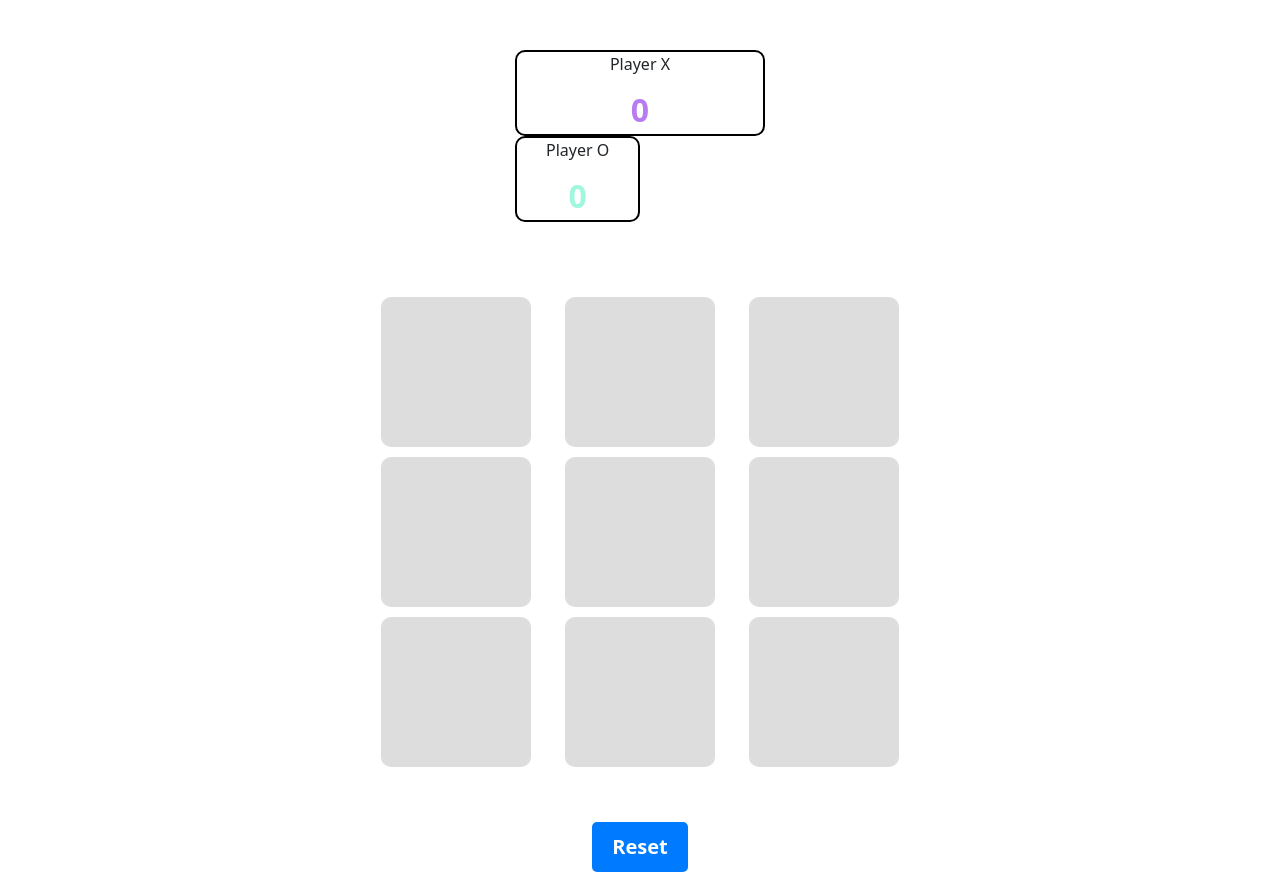
Repository: woodsdeshe/Tic-Tac-Toe
Page: index.html
The author's editor kept a copy of each file at every save. The page is drawn from the files as they stood at one save, then again after the next save.
The browser window is 1280 px wide. The pictures show the whole page.

Above is the page before, as saved 2023-03-31 20:41:54.

### index.html
<!DOCTYPE html>
<html lang="en">
  <head>
    <meta charset="UTF-8" />
    <meta http-equiv="X-UA-Compatible" content="IE=edge" />
    <meta name="viewport" content="width=device-width, initial-scale=1.0" />
    <title>Tic Tac Toe | DeShe Woods</title>
    <link rel="stylesheet" href="styles.css" />
    <link
      href="https://cdn.jsdelivr.net/npm/bootstrap@5.3.0-alpha2/dist/css/bootstrap.min.css"
      rel="stylesheet"
      integrity="sha384-aFq/bzH65dt+w6FI2ooMVUpc+21e0SRygnTpmBvdBgSdnuTN7QbdgL+OapgHtvPp"
      crossorigin="anonymous"
    />
  </head>
  <body>
    <div class="container">
      <div class="row">
        <div class="col-12 scoreboard scoreboard-left">
          <div>Player X</div>
          <div class="score-x">0</div>
        </div>
        <div class="col-6 scoreboard scoreboard-right">
          <div>Player O</div>
          <div class="score-o">0</div>
        </div>
      </div>
      <div class="message"></div>
      <div class="container game-board">
        <div class="row">
          <div class="col-4">
            <div class="tile square-1"></div>
          </div>
          <div class="col-4">
            <div class="tile square-2"></div>
          </div>
          <div class="col-4">
            <div class="tile square-3"></div>
          </div>
        </div>
        <div class="row">
          <div class="col-4">
            <div class="tile square-4"></div>
          </div>
          <div class="col-4">
            <div class="tile square-5"></div>
          </div>
          <div class="col-4">
            <div class="tile square-6"></div>
          </div>
        </div>
        <div class="row">
          <div class="col-4">
            <div class="tile square-7"></div>
          </div>
          <div class="col-4">
            <div class="tile square-8"></div>
          </div>
          <div class="col-4">
            <div class="tile square-9"></div>
          </div>
        </div>
      </div>
      </div>
      <div class="reset">
        <button class="reset-btn">Reset</button>
      </div>
    </div>
    <script
      src="https://cdn.jsdelivr.net/npm/bootstrap@5.3.0-alpha2/dist/js/bootstrap.bundle.min.js"
      integrity="sha384-qKXV1j0HvMUeCBQ+QVp7JcfGl760yU08IQ+GpUo5hlbpg51QRiuqHAJz8+BrxE/N"
      crossorigin="anonymous"
    ></script>
    <script src="script.js"></script>
  </body>
</html>

### styles.css
.container {
  display: flex;
  flex-direction: column;
  align-items: center;
  margin-top: 50px;
}

.scoreboard {
    display: flex;
    flex-direction: column;
    align-items: center;
    border: 2px solid black;
    border-radius: 10px;
    width: 200px
}

.scoreboard-left {
    margin-right: 70px;
  }

.scoreboard-right {
  border-top-right-radius: 10px;
  border-bottom-right-radius: 10px;
}

.score-x{
    font-size: 48px;
  color: rgb(184, 123, 241);
}

.score-o {
    font-size: 48px;
  color: rgb(160, 247, 221);
}

.score-x,
.score-o {
  font-size: 2em;
  font-weight: bold;
  margin-top: 10px;
}

.message {
    font-size: 2em;
    margin-bottom: 20px;
  }

  .game-board {
    display: flex;
    justify-content: center;
  }

  .tile {
    width: 150px;
    height: 150px;
    background-color: #ddd;
    margin: 5px;
    border-radius: 10px;
    display: flex;
    justify-content: center;
    align-items: center;
    font-size: 50px;
    font-weight: bold;
    cursor: pointer;
  }

  .reset {
    text-align: center;
    margin-top: 50px;
  }


  .reset-btn {
    font-size: 20px;
    font-weight: bold;
    padding: 10px 20px;
    background-color: #007bff;
    color: white;
    border-radius: 5px;
    border: none;
    cursor: pointer;
  }

@media (max-width: 767px) {
  .scoreboard {
    margin-bottom: 20px;
  }
}

### script.js
// Variables that access the squares, reset button, scoreboards , and messaging for the game that will stay constant
const gameBoard = document.querySelector(".game-board");
const resetBtn = document.querySelector(".reset-btn");
const scoreboardX = document.querySelector(".score-x");
const scoreboardO = document.querySelector(".score-o");
const message = document.querySelector(".message");
const tile = document.querySelectorAll(".tile");

// Variables that access the current player, game over, X and O scores that will change based on conditions of the game
let currentPlayer = "X";
let gameOver = false;
let xScore = 0;
let oScore = 0;

// This event listener will check to see if the tiles are empty and will fill them with the symbol of the current player

gameBoard.addEventListener("click", (event) => {
  event.preventDefault();

  //This if statement checks to see if the game is over before allowing the players to continue playing. If gameOver is true, then the board becomes unclickable
  if (gameOver) {
    return;
  }

  // This variable will hold the square that gets clicked using the .target property
  const square = event.target;

  // Checks to see if the square contains a class of tile and the square is empty. If it's empty then the square will contain a symbol and alternate the symbol according to the current player
  if (square.classList.contains("tile") && square.textContent === "") {
    square.textContent = currentPlayer;

    //Updates the message variable to show who's turn it is on the screen
    message.textContent = `It's ${currentPlayer} turn`;

    currentPlayer = currentPlayer === "X" ? "O" : "X";
  }

  //Calls the checkForWinner function after each turn to see if a player has won
  checkForWinner();
});

// Check to see if the tiles contain a winning play of a specific player
function currentPlay(plays, player) {
  // The .every method checks through every tile within the player array that checks to see if they contain the current players symbol with a boolean "true" or "false"
  return plays.every((tile) => {
    tileElement = document.querySelector(`.square-${tile}`);
    return tileElement.textContent === player;
  });
}

// This function will check to see which player has the winning set after each move
function checkForWinner() {
  // Nested arrays that show all the winning plays that are needed to win
  const winningPlays = [
    [1, 2, 3],
    [4, 5, 6],
    [7, 8, 9],
    [1, 4, 7],
    [2, 5, 8],
    [3, 6, 9],
    [1, 5, 9],
    [3, 5, 7],
  ];

  // Loops through each array within "winingPlays" and stores the values in the variable "plays"
  for (let i = 0; i < winningPlays.length; i++) {
    const plays = winningPlays[i];

    // Create if/else conditions that will check to see if the current player has a winning play thats in 'winningPlays', if no one wins, it calls the "itsATie" function to alert the players that the game is over and prevents the players from continuing to play using th endGame function"
    if (currentPlay(plays, "X")) {
      xScore++;
      scoreboardX.textContent = xScore;
      message.textContent = "Player X Wins!";
      gameOver = true;
      endGame();
    } else if (currentPlay(plays, "O")) {
      oScore++;
      scoreboardO.textContent = oScore;
      message.textContent = "Player O Wins!";
      gameOver = true;
      endGame();
    } else if (itsATie()) {
      message.textContent = "Game over! It's a tie!!!";
      gameOver = true;
      endGame();
    }
  }

  // This function iterates through all the tiles on the board and checks to see if the board is full. If there isn't any empty tiles left, it returns true.
  function itsATie() {
    for (let i = 0; i < tile.length; i++) {
      if (tile[i].textContent === "") {
        return false;
      }
    }
    return true;
  }

  // This function iterates through all the tiles in the game and removes the gameBoard listener so that the board is no longer clickable when the game is over
  function endGame() {
    for (let i = 0; i < tile.length; i++) {
      tile[i].removeEventListener("click", handleClick);
    }
  }
}

//This function resets the game
function resetGame() {
  currentPlayer = "X";
  gameOver = false;
  message.textContent = `It's ${currentPlayer} turn`;
  scoreboardX.textContent = "0";
  scoreboardO.textContent = "0";
  xScore = 0;
  oScore = 0;


  // Clears the board by setting the text content of all tiles to an empty string
  tile.forEach((tile) => {
    tile.textContent = "";
  });

  // Add back the event listener to each tile so that they are clickable again
  tile.forEach((tile) => {
    tile.addEventListener("click", handleTileClick);
  });
}

resetBtn.addEventListener("click", () => {
  resetGame();
});

After the next save:
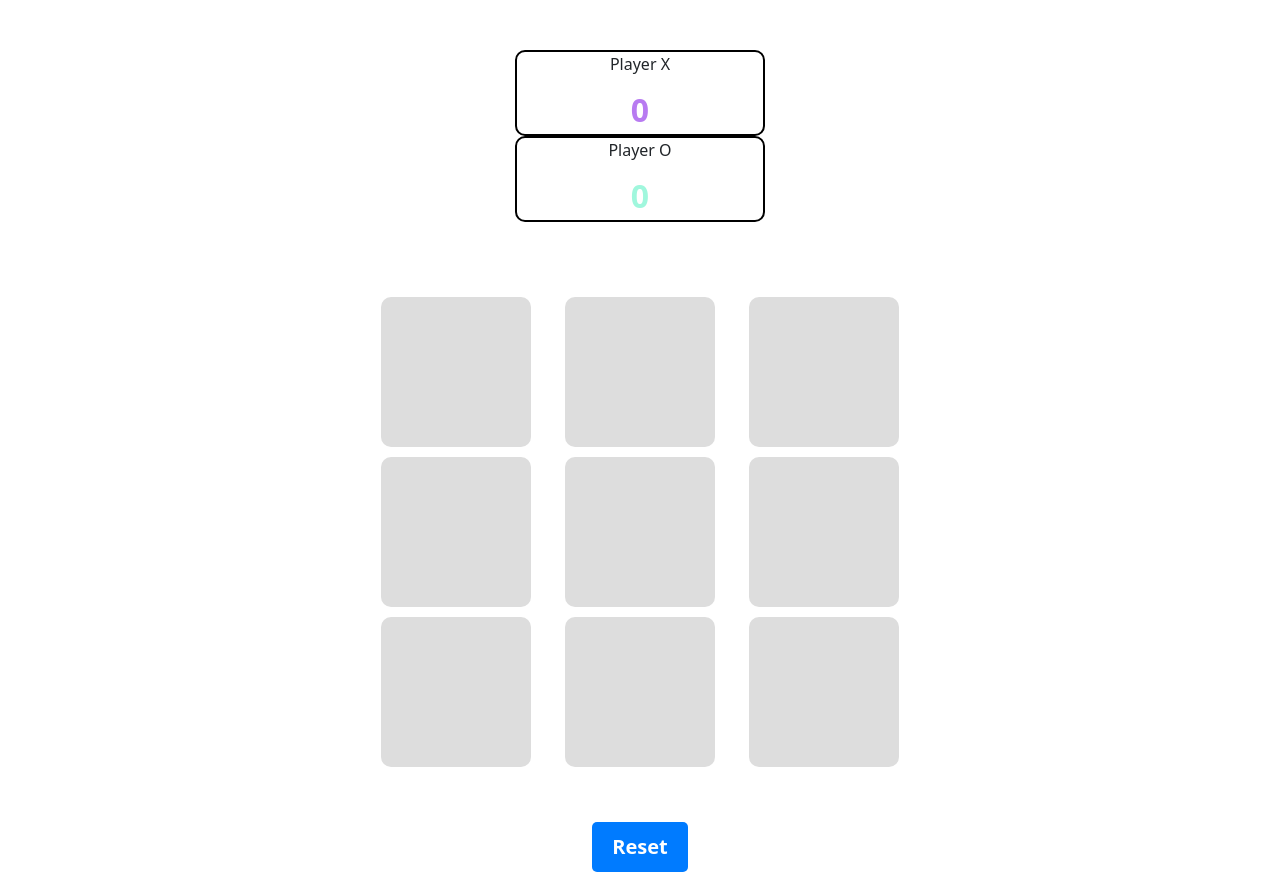
Saved 6 s later.
--- a/index.html
+++ b/index.html
@@ -20,7 +20,7 @@
           <div>Player X</div>
           <div class="score-x">0</div>
         </div>
-        <div class="col-6 scoreboard scoreboard-right">
+        <div class="col-12 scoreboard scoreboard-right">
           <div>Player O</div>
           <div class="score-o">0</div>
         </div>
